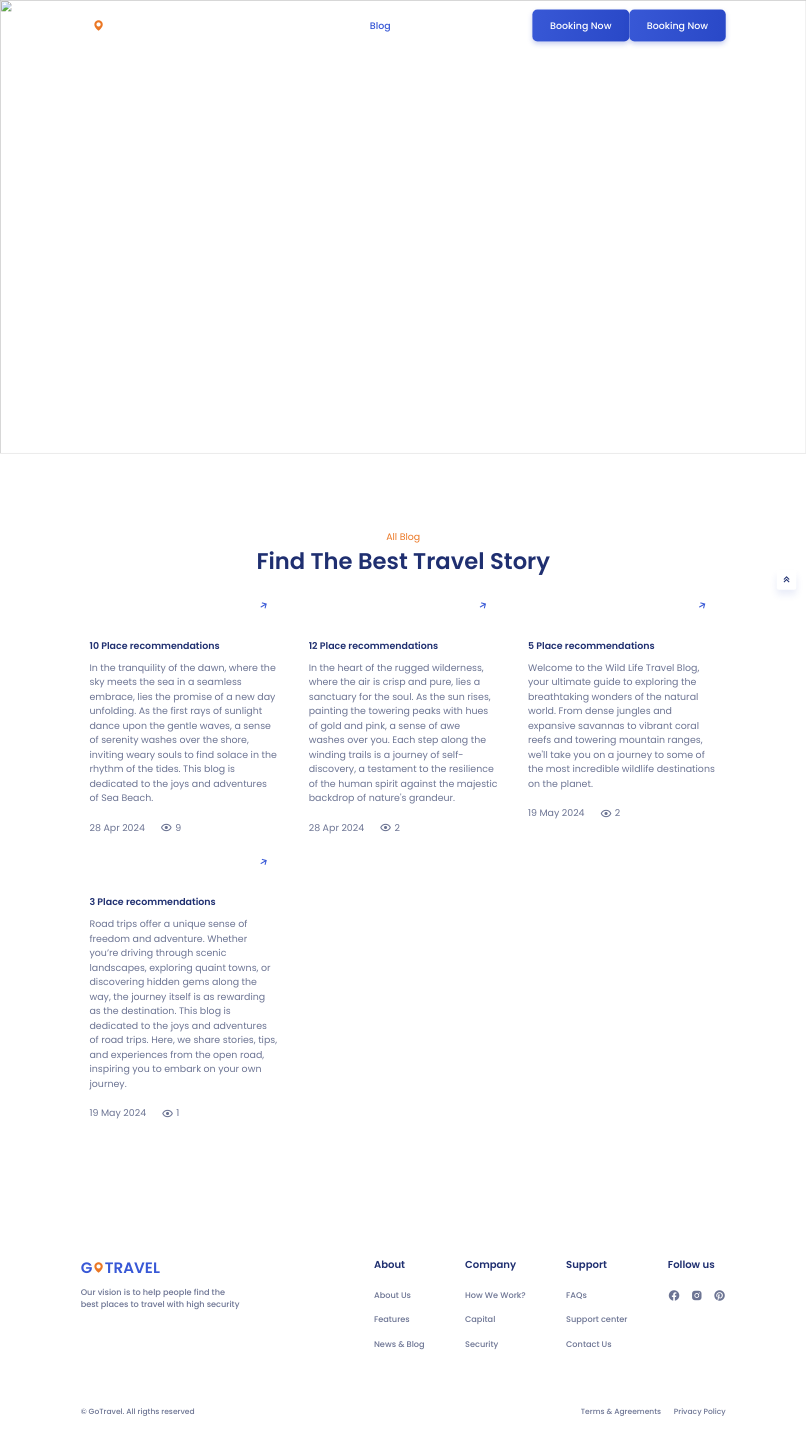
Repository: albushra2/GojordanForhamzeh
Page: http://localhost/blogs
The author's editor kept a copy of each file at every save. The page is drawn from the files as they stood at one save, then again after a run of saves.
The browser window is 1280 px wide. The pictures show the whole page, at 63% of full size.
The page is served by the project's Laravel application, run on PHP 8.4 with Laravel 10. The database holds what the project's SQL file puts in it.

Above is the page before, as saved 2024-05-16 16:44:35.

After the next 2 saves:
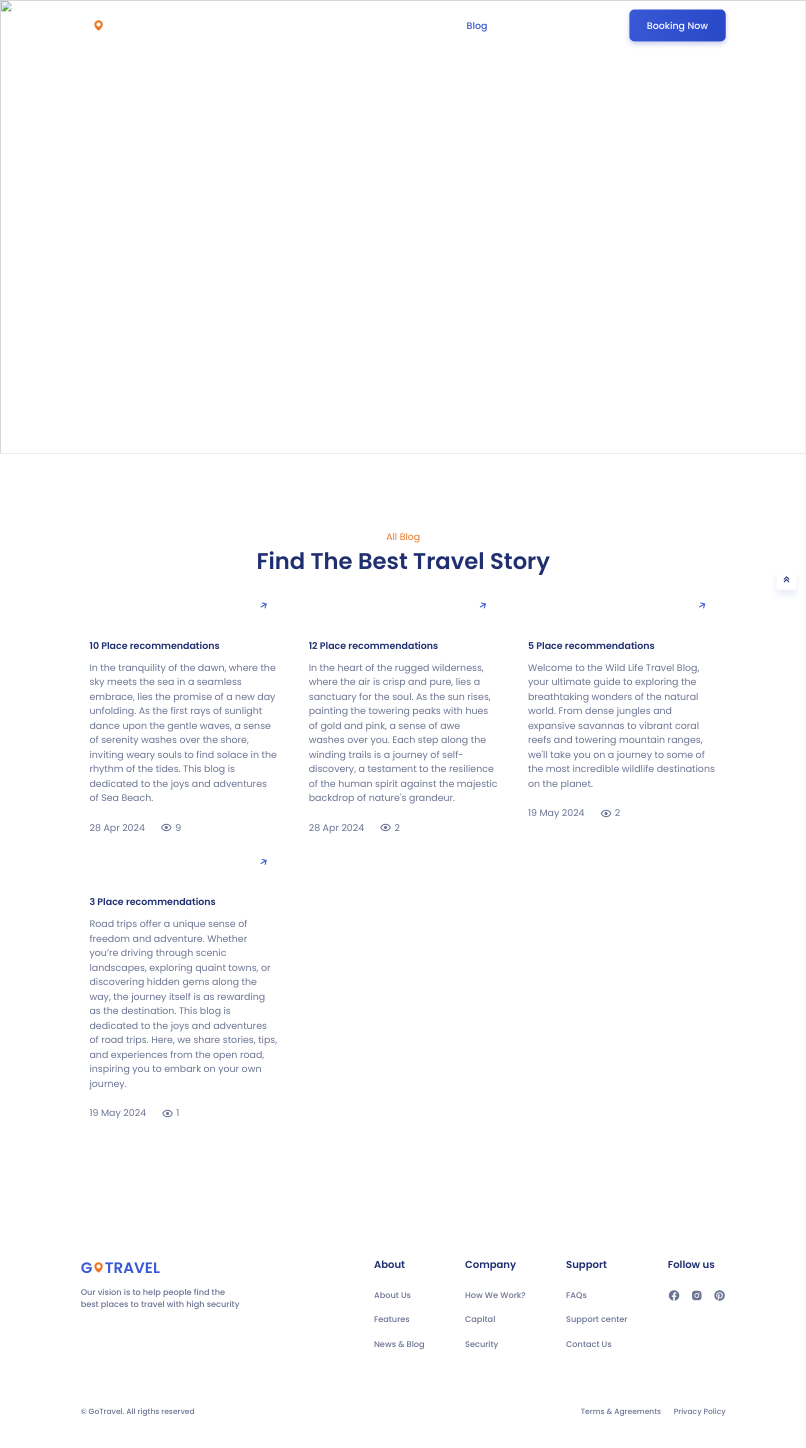
The 2 saves are shown as one change because they came seconds apart.
The last was saved 12 s later.
--- a/resources/views/layouts/frontend.blade.php
+++ b/resources/views/layouts/frontend.blade.php
@@ -61,9 +61,7 @@
 
                 <!-- theme -->
                 <i class="bx bx-moon change-theme" id="theme-button"></i>
-                <a target="_blank" href="https://api.whatsapp.com/send?phone=01727892717&text=I want to booking" class="button nav__button">Booking Now</a>
-
-                <a target="_blank" href="https://api.whatsapp.com/send?phone=01727892717&text=I want to booking" class="button nav__button">Booking Now</a>
+                <a target="_blank" href="https://api.whatsapp.com/send?phone=01727892717&text=I want to booking" class="button nav__button">Booking Now</a
 
             </nav>
         </header>
